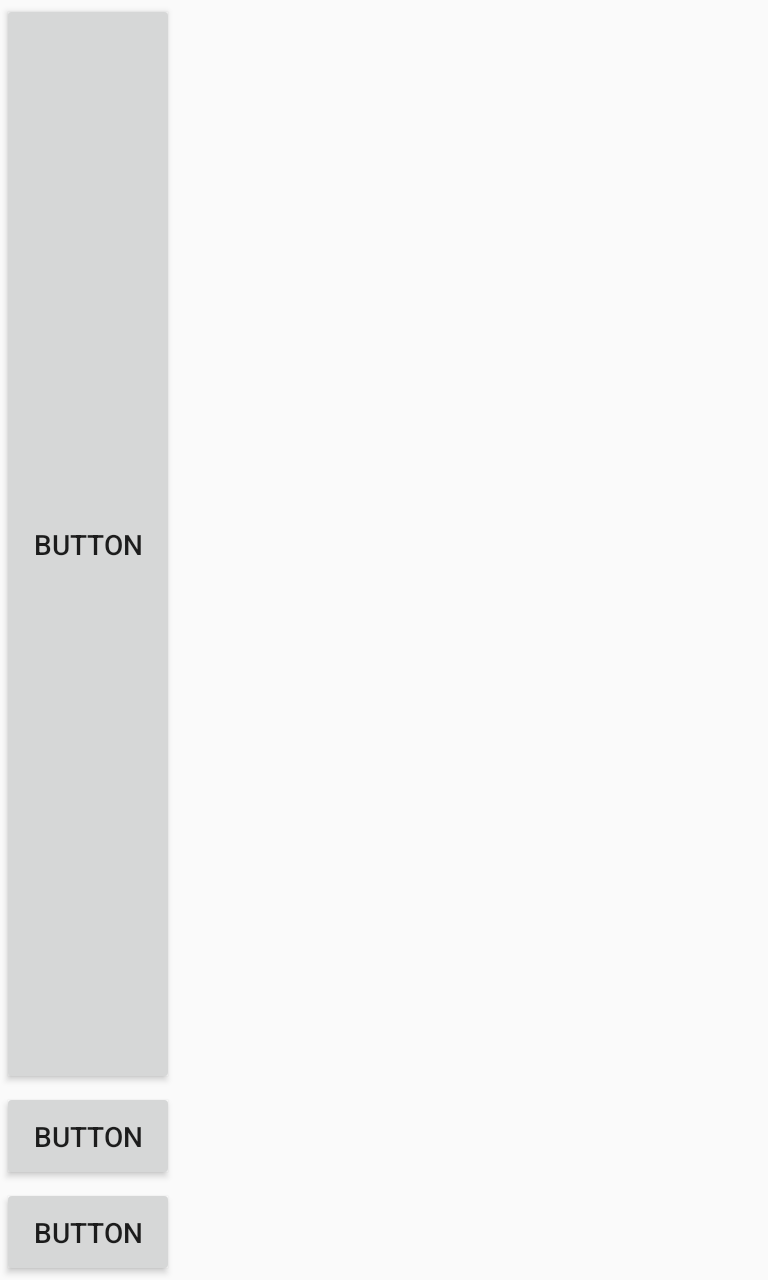
Repository: PaulAlfred/Android_Exercises
Layout: MoreLayouts/res/layout/divided_in_center_horizontal.xml
These files come from the project's save history. The layout is drawn as it stood at one moment and after the next save; the edit follows.
It is drawn on a 768 x 1280 px phone screen (xhdpi) without system bars, with theme AppTheme; the app's code is not run.

Above is the layout before, as saved 2014-10-24 08:06:53.

After the next save:
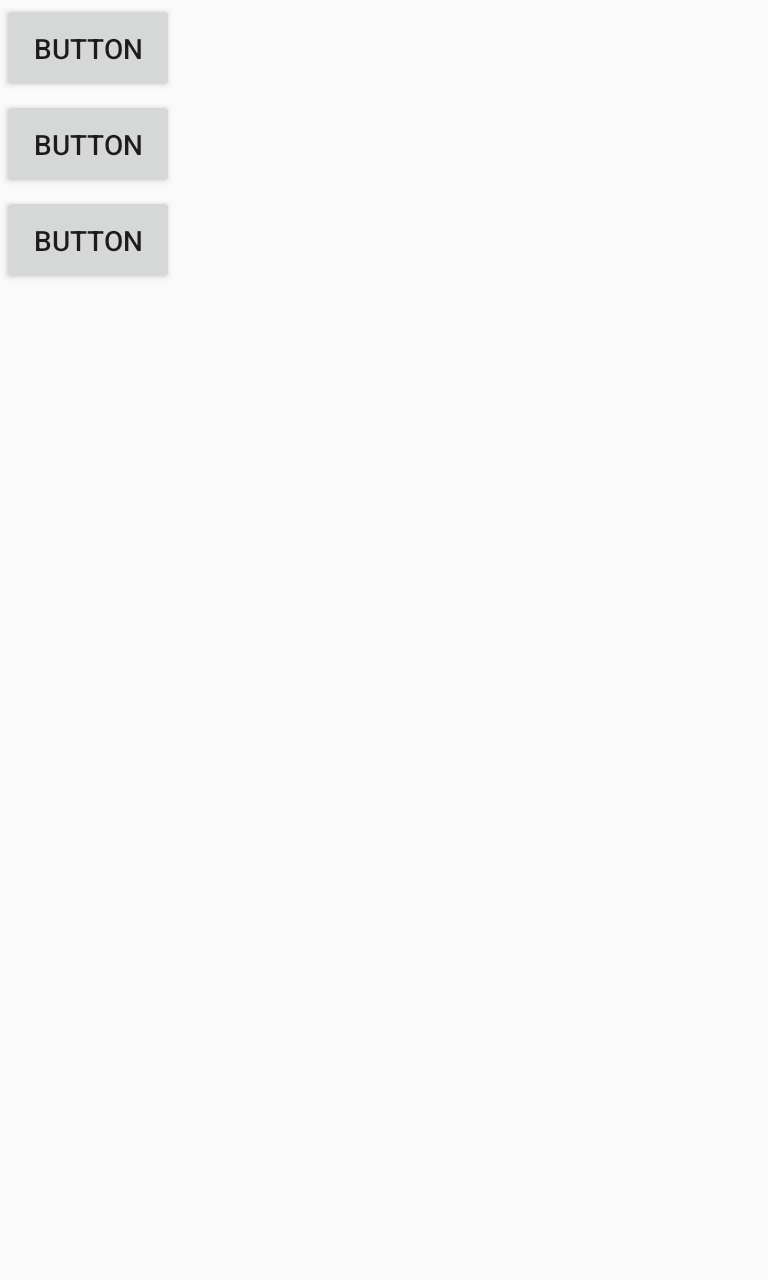
Saved 3 min 56 s later.
--- a/MoreLayouts/res/layout/divided_in_center_horizontal.xml
+++ b/MoreLayouts/res/layout/divided_in_center_horizontal.xml
@@ -13,8 +13,6 @@
             android:id="@+id/button1"
             android:layout_width="wrap_content"
             android:layout_height="wrap_content"
-            android:layout_gravity="center_horizontal"
-            android:layout_weight="1"
             android:text="Button" />
 
         <Button
